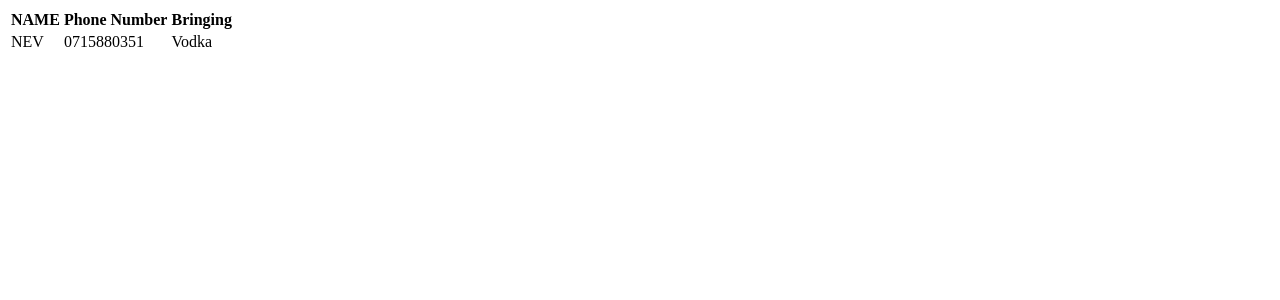
Repository: brianratemo/images.html
Page: table.html
The author's editor kept a copy of each file at every save. The page is drawn from the files as they stood at one save, then again after the next save.
The browser window is 1280 px wide. The pictures show the whole page.

Above is the page before, as saved 2023-03-21 02:01:07.

After the next save:
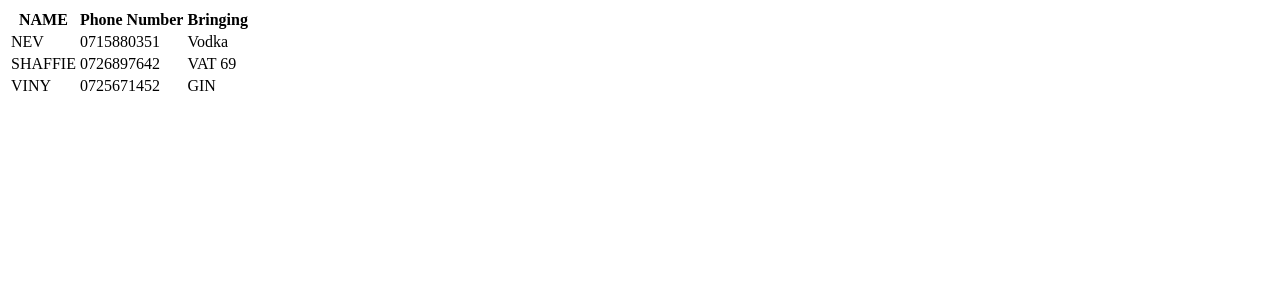
Saved 3 min 28 s later.
--- a/table.html
+++ b/table.html
@@ -9,9 +9,18 @@
         <td>NEV</td>
         <td>0715880351</td>
         <td>Vodka</td>
+</tr>
 
+     <tr>
+        <td>SHAFFIE</td>
+        <td>0726897642</td>
+        <td>VAT 69</td>
      </tr>
-     <tr></tr>
-     <tr></tr>
+
+     <tr>
+        <td>VINY</td>
+        <td>0725671452</td>
+        <td>GIN</td>
+     </tr>
 
 </table>
